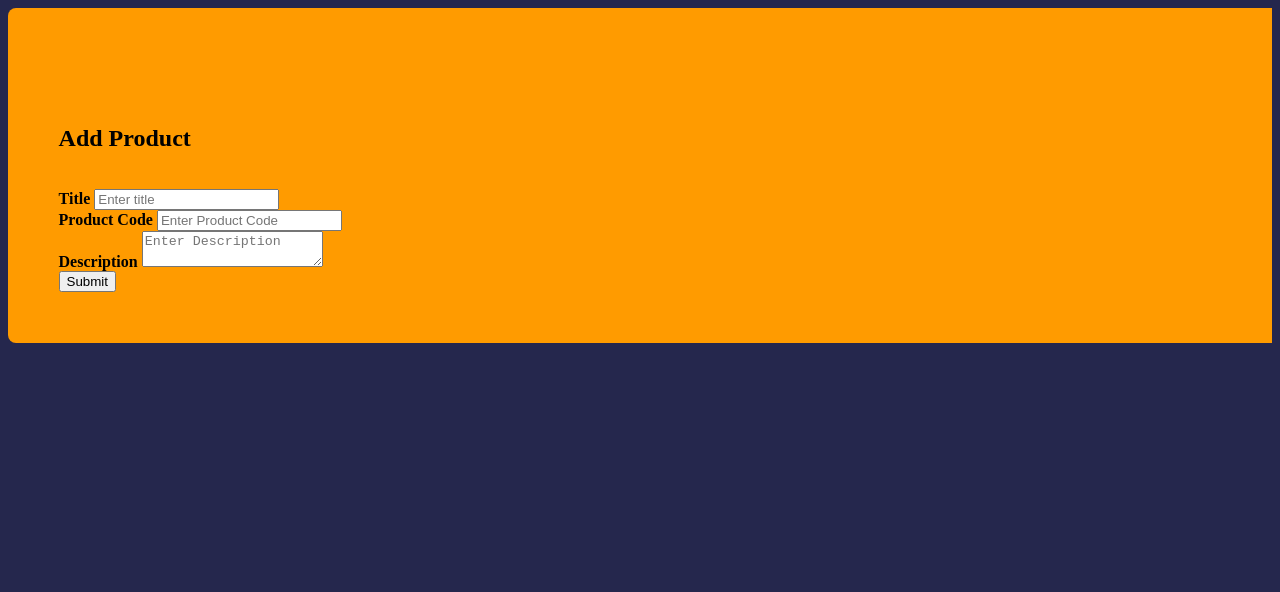
Repository: Abdaljawad-Aya/Laravel
Page: http://localhost/products/create
An editor plug-in stored every save of this project. The page is shown before and after the next save, followed by the edit.
The browser window is 1280 px wide. The pictures show the whole page.
The page is served by the project's Laravel application, run on PHP 8.4 with Laravel 8.

Above is the page before, as saved 2021-02-22 20:42:09.

After the next save:
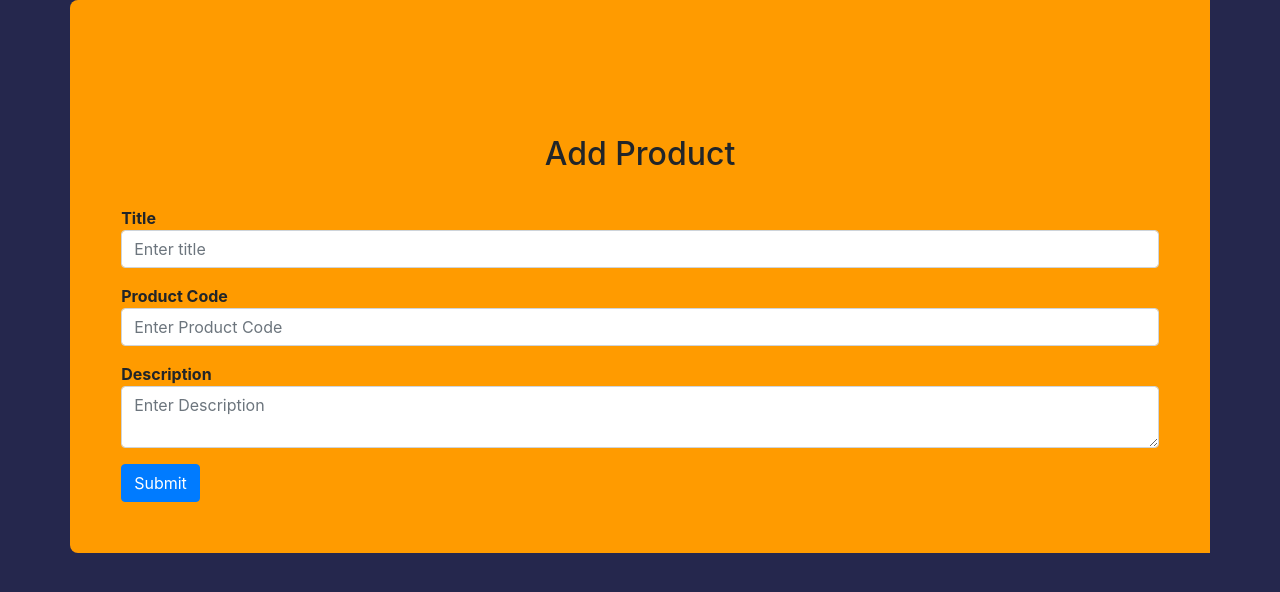
Saved 3 min 16 s later.
--- a/adminTheme/resources/views/product/layout.blade.php
+++ b/adminTheme/resources/views/product/layout.blade.php
@@ -5,7 +5,7 @@
     <meta name="viewport" content="width=device-width, initial-scale=1.0">
     <meta http-equiv="X-UA-Compatible" content="ie=edge">
     <title>Laravel CRUD</title>
-    <link rel="stylesheet" href="">
+    <link rel="stylesheet" href="//maxcdn.bootstrapcdn.com/bootstrap/4.1.1/css/bootstrap.min.css" rel="stylesheet" id="bootstrap-css">
     <style>
  body{
 background-color: #25274d;
